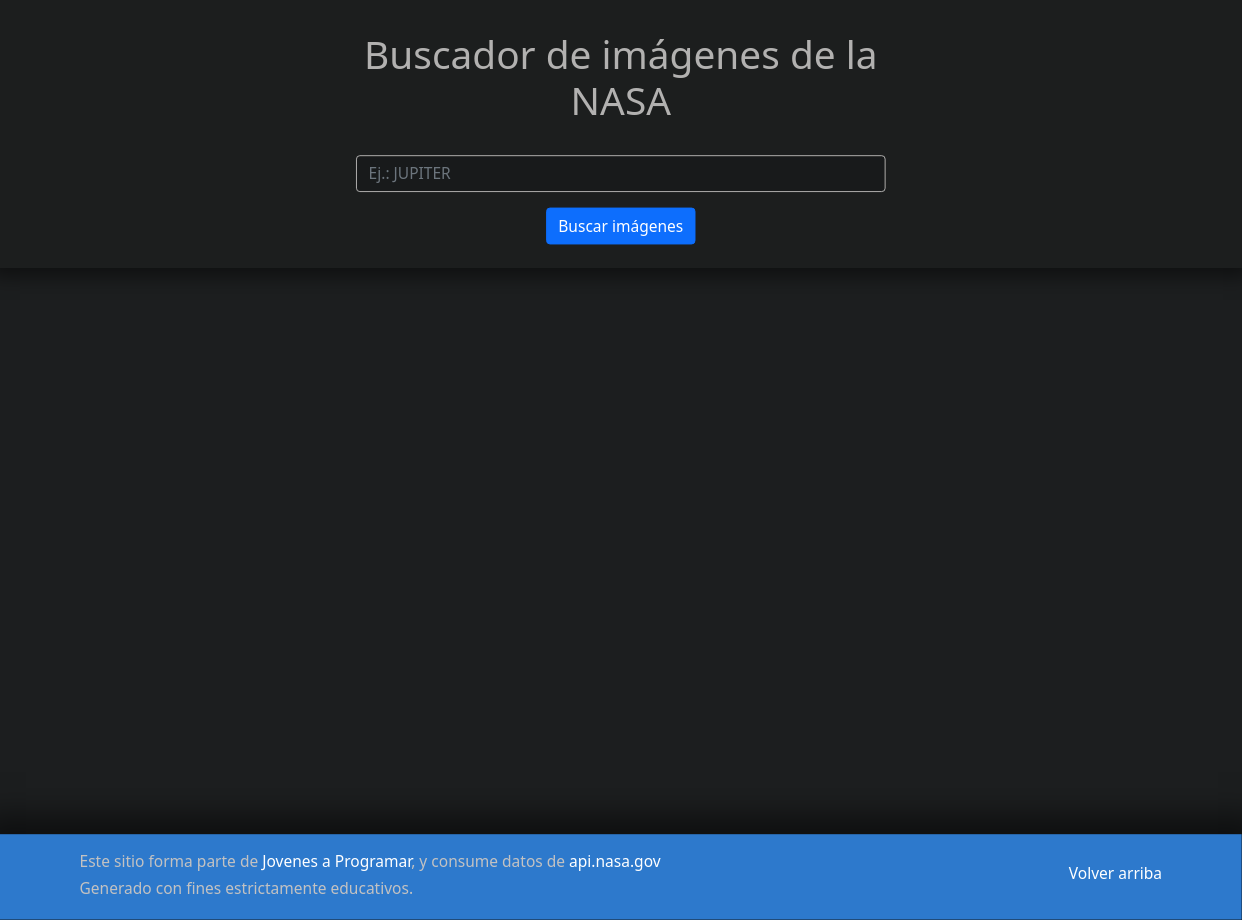
Repository: romancegirl/galaxies
Page: index.html
An editor plug-in stored every save of this project. The page is shown before and after the next save, followed by the edit.
The browser window is 1280 px wide. The pictures show the whole page, at 97% of full size.

Above is the page before, as saved 2024-11-30 04:50:50.

After the next save:
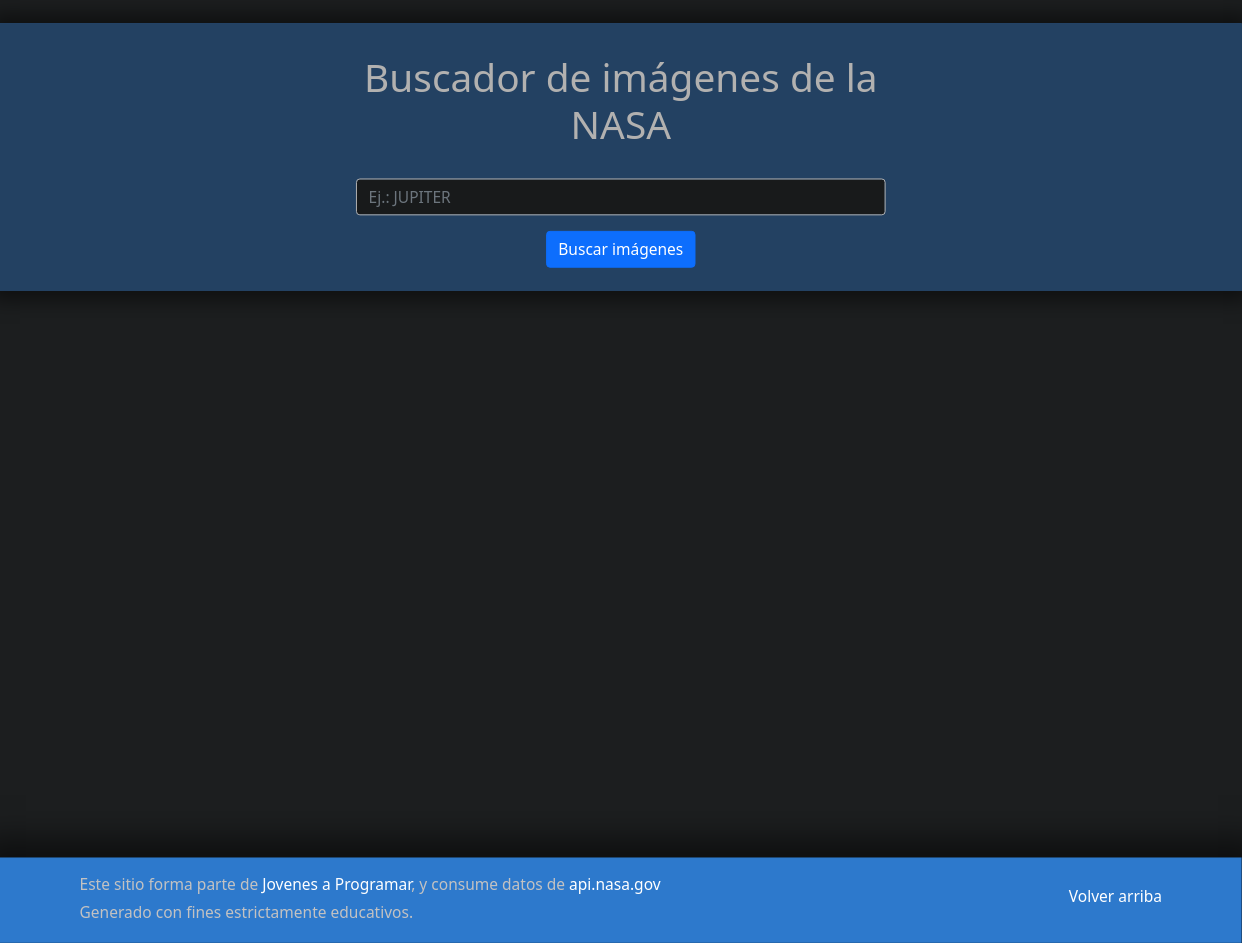
Saved 10 s later.
--- a/css/style.css
+++ b/css/style.css
@@ -1,3 +1,10 @@
+header {
+    background-color: #2D79CC;
+    bottom: 0;
+    width: 100%;
+    margin-top: 1.5rem;
+}
+
 body {
     background-color: #1C1E1F;
     color: #B2B1B0;
